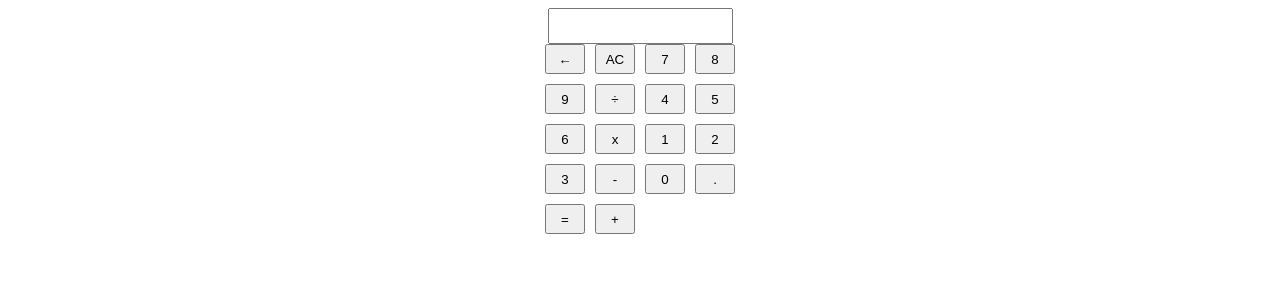
Repository: z1youRA/MyCalculator
Page: index.html
The author's editor kept a copy of each file at every save. The page is drawn from the files as they stood at one save, then again after the next save.
The browser window is 1280 px wide. The pictures show the whole page.

Above is the page before, as saved 2021-12-19 17:21:21.

After the next save:
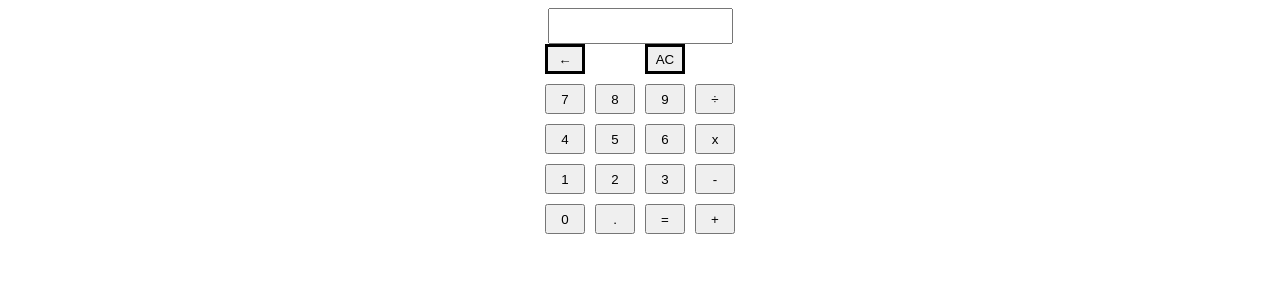
Saved 11 s later.
--- a/index.html
+++ b/index.html
@@ -11,8 +11,8 @@
     <div class='container'>
         <input type='text'>
         <div class='buttons'>
-                <button class='back'>←</button>
-                <button class='clear'>AC</button>
+                <button class='back span-2'>←</button>
+                <button class='clear span-2'>AC</button>
                 <button class='num'>7</button>
                 <button class='num'>8</button>
                 <button class='num'>9</button>
